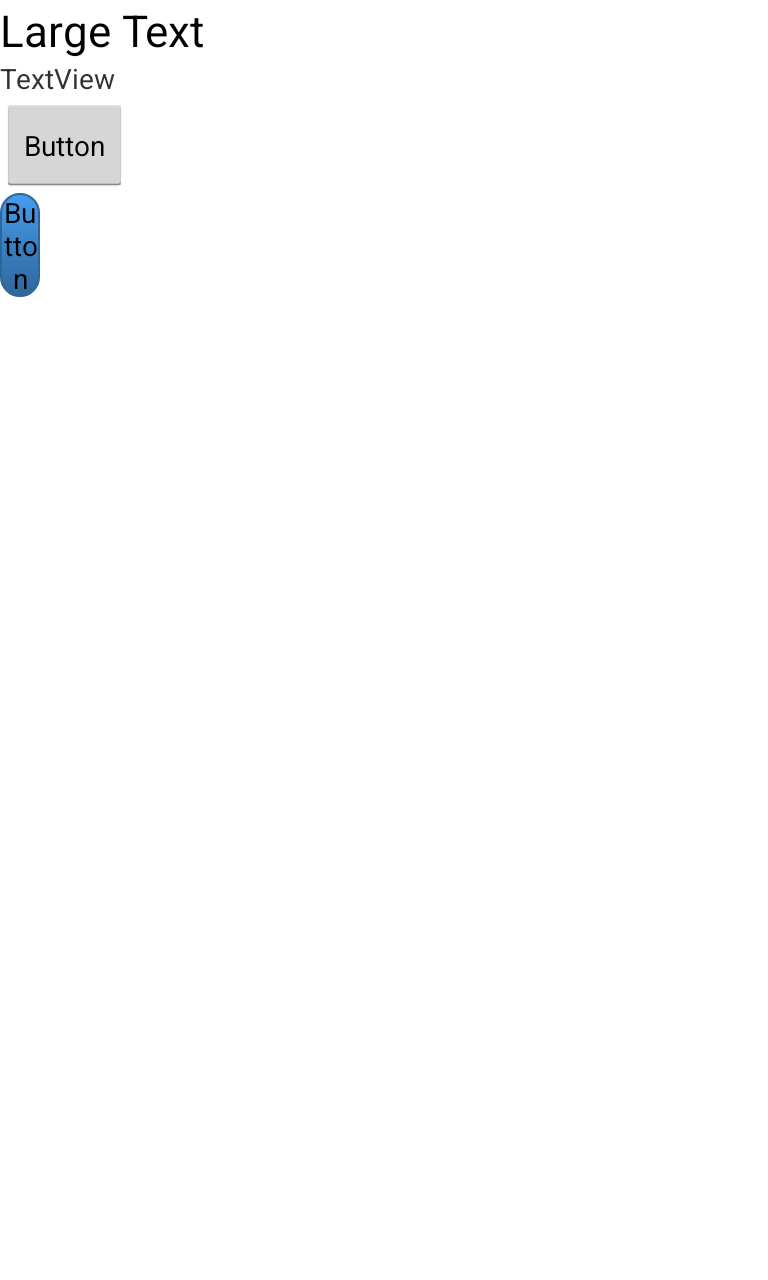
Repository: pcombi/android_dev
Layout: EnglishGrammar/res/layout/tests.xml
The author's editor kept a copy of each file at every save. The layout is drawn from the files as they stood at one save, then again after the next save.
It is drawn on a 768 x 1280 px phone screen (xhdpi) without system bars, with theme AppTheme; the app's code is not run.

Above is the layout before, as saved 2012-12-27 01:31:28.

### EnglishGrammar/res/layout/tests.xml
<?xml version="1.0" encoding="utf-8"?>
<LinearLayout xmlns:android="http://schemas.android.com/apk/res/android"
    android:layout_width="match_parent"
    android:layout_height="match_parent"
    android:orientation="vertical" >

    <TextView
        android:id="@+id/textView1"
        android:layout_width="wrap_content"
        android:layout_height="wrap_content"
        android:text="Large Text"
        android:textAppearance="?android:attr/textAppearanceLarge" />

    <TextView
        android:id="@+id/textView2"
        android:layout_width="wrap_content"
        android:layout_height="wrap_content"
        android:text="TextView" />

    <Button
        android:id="@+id/button2"
        style="?android:attr/buttonStyleSmall"
        android:layout_width="wrap_content"
        android:layout_height="wrap_content"
        android:text="Button" />

    <Button
        android:id="@+id/button1"
        style="?android:attr/buttonStyleSmall"
        android:layout_width="20dp"
        android:layout_height="wrap_content"
        android:background="@drawable/btn_blue"
        android:text="Button" />

    <LinearLayout
        android:layout_width="wrap_content"
        android:layout_height="wrap_content"
        android:orientation="vertical"
        android:id="@+id/buttonlayout1">
    </LinearLayout>

</LinearLayout>

### EnglishGrammar/res/drawable/btn_blue.xml
<?xml version="1.0" encoding="utf-8"?>
<selector xmlns:android="http://schemas.android.com/apk/res/android">
    <item android:state_pressed="true" >
        <shape>
            <solid
                android:color="#449def" />
            <stroke
                android:width="1dp"
                android:color="#2f6699" />
            <corners
                android:radius="10dp" />
            <!--  <padding
                android:left="10dp"
                android:top="10dp"
                android:right="10dp"
                android:bottom="10dp" />-->
        </shape>
    </item>
    <item>
        <shape>
            <gradient
                android:startColor="#449def"
                android:endColor="#2f6699"
                android:angle="270" />
            <stroke
                android:width="1dp"
                android:color="#2f6699" />
            <corners
                android:radius="10dp" />
            <!--  <padding
                android:left="10dp"
                android:top="10dp"
                android:right="10dp"
                android:bottom="10dp" />-->
        </shape>
    </item>
</selector>

Loaded but not shown: EnglishGrammar/res/values/styles.xml (common file); EnglishGrammar/res/values-v11/styles.xml (common file); EnglishGrammar/res/values-v14/styles.xml (common file)

After the next save:
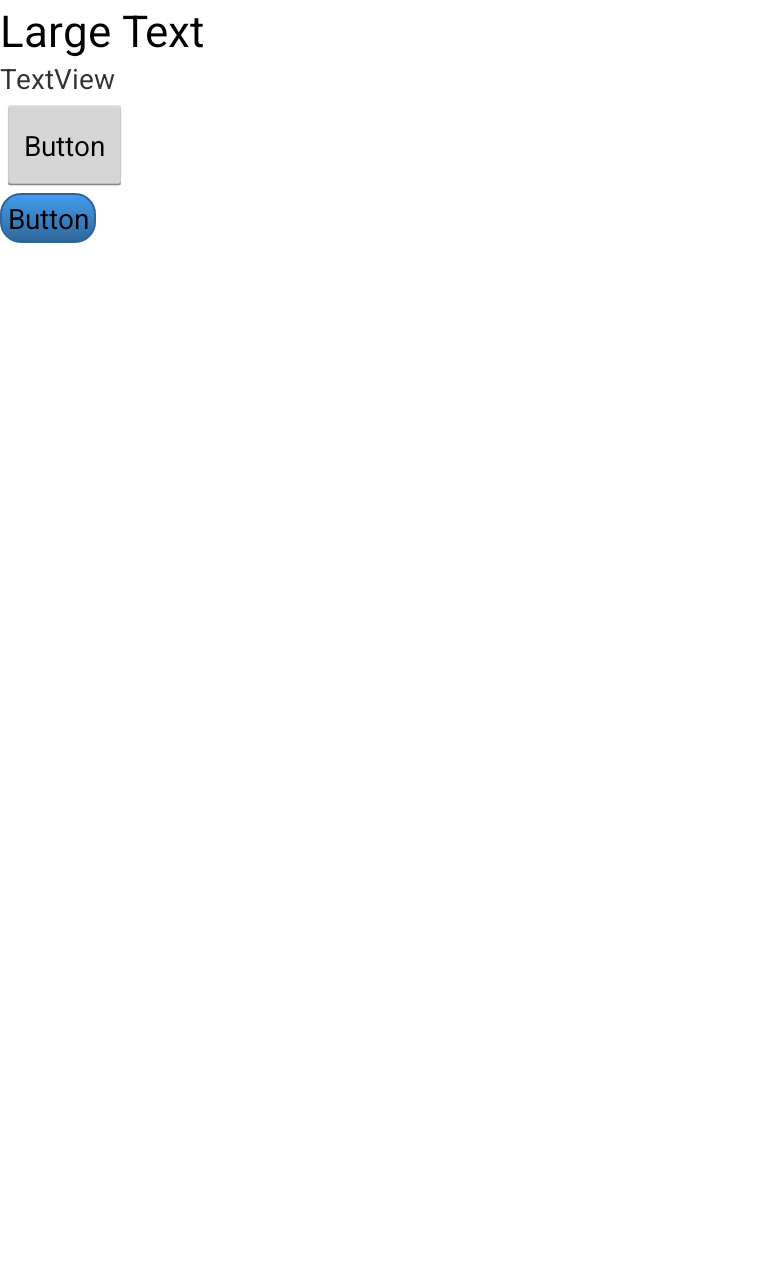
Saved 22 s later.
--- a/EnglishGrammar/res/layout/tests.xml
+++ b/EnglishGrammar/res/layout/tests.xml
@@ -27,8 +27,8 @@
     <Button
         android:id="@+id/button1"
         style="?android:attr/buttonStyleSmall"
-        android:layout_width="20dp"
-        android:layout_height="wrap_content"
+        android:layout_width="wrap_content"
+        android:layout_height="25dp"
         android:background="@drawable/btn_blue"
         android:text="Button" />
 
